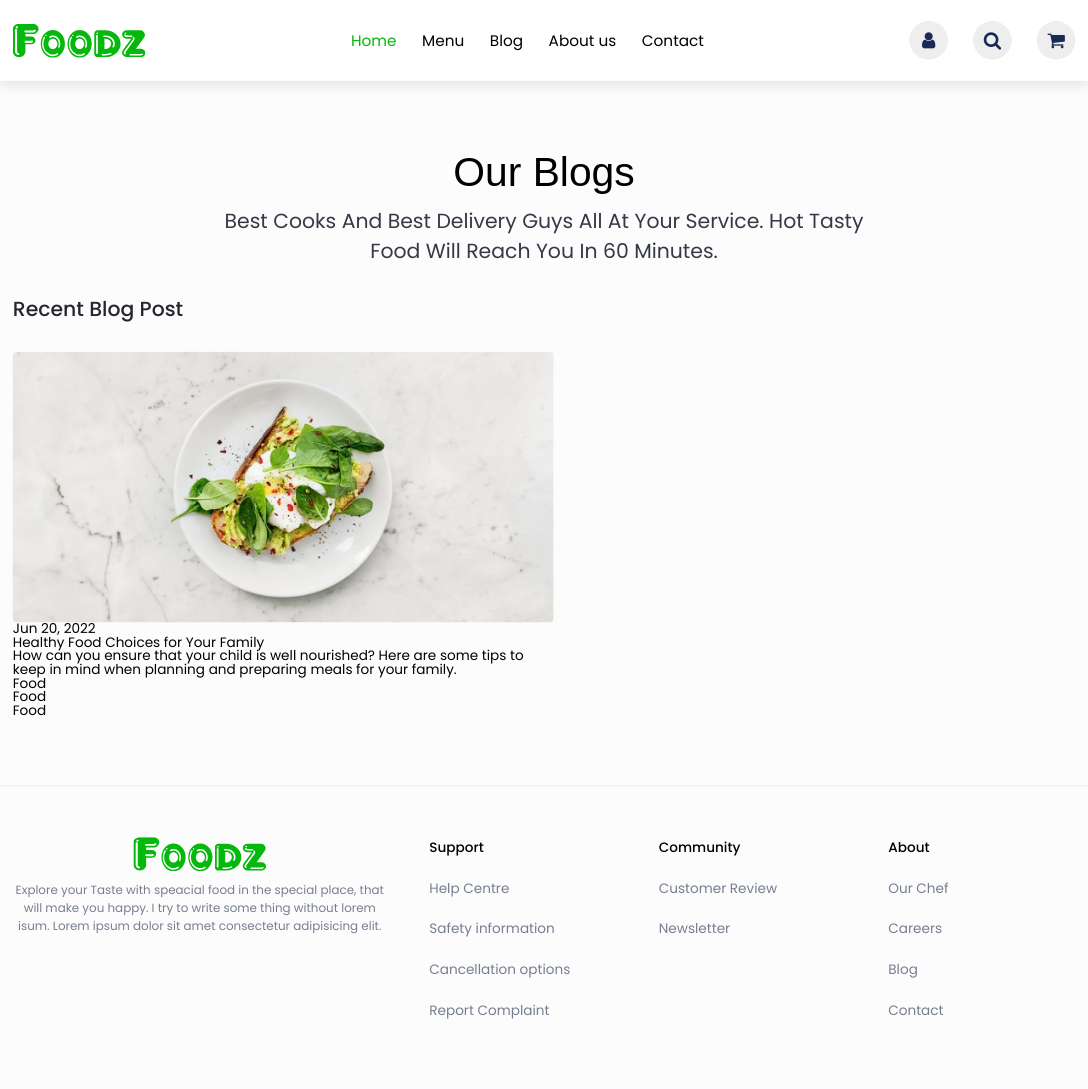
Repository: Toan3333/fooz
Page: assets/pages/blog.html
These files come from the project's save history. The page is drawn as it stood at one moment and after the next save; the edit follows.
The browser window is 1280 px wide. The pictures show the whole page, at 85% of full size.
Some web fonts or font styles are not loaded; a fallback is used.

Above is the page before, as saved 2023-06-01 13:28:45.

### assets/pages/blog.html
<!DOCTYPE html>
<html lang="en">
  <head>
    <meta charset="UTF-8" />
    <meta http-equiv="X-UA-Compatible" content="IE=edge" />
    <meta name="viewport" content="width=device-width, initial-scale=1.0" />
    <title>Blog</title>
    <link rel="stylesheet" href="/assets/css/style.css" />
    <link
      href="https://fonts.googleapis.com/css?family=Poppins:100,100italic,200,200italic,300,300italic,regular,italic,500,500italic,600,600italic,700,700italic,800,800italic,900,900italic"
      rel="stylesheet"
    />
    <link
      href="https://fonts.googleapis.com/css?family=Alice:regular"
      rel="stylesheet"
    />
    <link
      rel="stylesheet"
      href="https://cdnjs.cloudflare.com/ajax/libs/font-awesome/4.7.0/css/font-awesome.min.css"
    />
  </head>
  <body>
    <div class="app">
      <!-- header -->
      <header class="header">
        <div class="container">
          <div class="header-main">
            <div class="header-logo">
              <img src="/assets/images/Logo.svg" alt="" />
            </div>
            <div class="header-menu">
              <ul class="header-nav">
                <li class="header-list">
                  <a href="/index.html" class="header-link active">Home</a>
                </li>
                <li class="header-list">
                  <a href="#" class="header-link">Menu</a>
                </li>
                <li class="header-list">
                  <a href="#" class="header-link">Blog</a>
                </li>
                <li class="header-list">
                  <a href="#" class="header-link">About us</a>
                </li>
                <li class="header-list">
                  <a href="/assets/pages/contact.html" class="header-link"
                    >Contact</a
                  >
                </li>
              </ul>
            </div>
            <div class="header-auth">
              <div class="header-icon">
                <a href="#">
                  <i class="fa fa-user" aria-hidden="true"></i>
                </a>
                <a href="#">
                  <i class="fa fa-search" aria-hidden="true"></i>
                </a>
                <a href="#">
                  <i class="fa fa-shopping-cart" aria-hidden="true"></i>
                </a>
              </div>
            </div>
          </div>
        </div>
      </header>
      <!-- header end -->
      <section class="our-blog">
        <div class="container">
          <div class="text-center__primary special-center menu-center">
            Our blogs
            <p class="text-bottom">
              Best cooks and best delivery guys all at your service. Hot tasty
              food will reach you in 60 minutes.
            </p>
          </div>
          <div class="our-blog__heading">Recent Blog Post</div>
          <div class="our-blog__main">
            <div class="our-blog__post">
              <div class="our-blog__image">
                <img src="/assets/images/blog-4.png" alt="" />
              </div>
              <div class="our-blog__content">
                <div class="our-blog__date">Jun 20, 2022</div>
                <div class="our-blog__title">
                  Healthy Food Choices for Your Family
                </div>
                <div class="our-blog__text">
                  How can you ensure that your child is well nourished? Here are
                  some tips to keep in mind when planning and preparing meals
                  for your family.
                </div>
                <ul class="our-blog__tag">
                  <li class="our-blog__item">Food</li>
                  <li class="our-blog__item">Food</li>
                  <li class="our-blog__item">Food</li>
                </ul>
              </div>
            </div>
            <div class="our-blog__post-2"></div>
          </div>
        </div>
      </section>

      <footer class="footer">
        <div class="container">
          <div class="footer-list">
            <div class="footer-column">
              <div class="footer-center">
                <div class="footer-logo">
                  <img src="/assets/images/Logo.svg" alt="" />
                </div>
                <p class="footer-desc">
                  Explore your Taste with speacial food in the special place,
                  that will make you happy. I try to write some thing without
                  lorem isum. Lorem ipsum dolor sit amet consectetur adipisicing
                  elit.
                </p>
              </div>
            </div>
            <div class="footer-column">
              <h3 class="footer-title">Support</h3>
              <ul class="footer-menu">
                <li class="footer-item"><a href="#">Help Centre</a></li>
                <li class="footer-item"><a href="#">Safety information</a></li>
                <li class="footer-item">
                  <a href="#">Cancellation options</a>
                </li>
                <li class="footer-item"><a href="#">Report Complaint</a></li>
              </ul>
            </div>
            <div class="footer-column">
              <h3 class="footer-title">Community</h3>
              <ul class="footer-menu">
                <li class="footer-item"><a href="#">Customer Review</a></li>
                <li class="footer-item"><a href="#">Newsletter</a></li>
              </ul>
            </div>
            <div class="footer-column">
              <h3 class="footer-title">About</h3>
              <ul class="footer-menu">
                <li class="footer-item"><a href="#">Our Chef</a></li>
                <li class="footer-item"><a href="#">Careers</a></li>
                <li class="footer-item">
                  <a href="#">Blog</a>
                </li>
                <li class="footer-item"><a href="#">Contact</a></li>
              </ul>
            </div>
          </div>
        </div>
      </footer>
      <!-- loader -->
      <!-- <div class="loader-container">
        <img src="./assets/images/loader.gif" alt="" />
      </div> -->
      <!-- loader end -->
    </div>
  </body>
</html>

### assets/css/style.css
*,
*:before,
*:after {
  box-sizing: border-box;
  text-decoration: none;
  list-style: none;
}
:root {
  --font-primary: "Poppins", sans-serif;
  --font-secondary: "Alice", sans-serif;
  --primary-color: #04b90b;
  --black: #000000;
  --gray: #777e90;
  --black-2: #23262f;
  --bg-primary: #fcfcfd;
  --gray-2: #f4f5f6;
  --gray-3: #353945;
  --btn-color: #192a56;
}
* {
  margin: 0;
  padding: 0;
  font: inherit;
}
img,
picture,
svg,
video {
  display: block;
  max-width: 100%;
}
input,
select,
textarea {
  background-color: transparent;
  outline: none;
}
button {
  cursor: pointer;
  background-color: transparent;
  outline: none;
  border: 0;
}
body {
  min-height: 100vh;
  font-weight: 400;
  font-size: 16px;
  line-height: 1;
  font-family: var(--font-primary);
  background-color: var(--bg-primary);
  color: var(--black);
}
.container {
  max-width: 1330px;
  width: 100%;
  margin: 0 auto;
  padding: 0 15px;
}
/* HEADER */
.header {
  position: sticky;
  top: 0;
  left: 0;
  right: 0;
  z-index: 1000;
  padding: 25px 0;
  background-color: #fff;
  box-shadow: 0 5px 15px rgba(0, 0, 0, 0.1);
}
.header-main {
  display: flex;
  justify-content: space-between;
  align-items: center;
}
.header-logo {
  cursor: pointer;
}
.header-nav {
  display: flex;
  align-items: center;
  gap: 30px;
}
.header-link {
  font-size: 18px;
  line-height: 30px;
  font-weight: 400;
  color: var(--black);
}
.header-link:hover {
  color: var(--primary-color);
  transition: all 0.2s linear;
}
.header-link.active {
  color: var(--primary-color);
}
.header-icon {
  display: flex;
  align-items: center;
  gap: 30px;
  font-size: 22px;
}
.header-icon a,
.header-icon i {
  width: 45px;
  height: 45px;
  line-height: 45px;
  border-radius: 100rem;
  text-align: center;
  color: var(--btn-color);
  background-color: #eee;
  transition: 0.2s linear;
}
.header-icon a:hover,
.header-icon i:hover {
  color: #fff;
  background-color: var(--primary-color);
  transform: rotate(180deg);
}

/* HEADER END */

/* HERO */
.hero {
  padding: 60px 0;
}
.hero-main {
  display: flex;
  justify-content: space-between;
  gap: 40px;
}
.hero-content {
  max-width: 677px;
  width: 100%;
}
.hero-title {
  font-size: 65px;
  font-weight: 400;
  font-family: var(--font-secondary);
  line-height: 70px;
  letter-spacing: -0.5%;
  margin-bottom: 30px;
}
.hero-desc {
  font-size: 24px;
  font-weight: 400;
  line-height: 36px;
  color: var(--gray);
  margin-bottom: 25px;
}
.hero-cta {
  margin-bottom: 105px;
}
.hero-btn {
  display: flex;
  align-items: center;
  gap: 24px;
}
.hero-btn span {
  font-size: 16px;
  line-height: 24px;
  font-weight: 400;
  color: var(--primary-color);
}
.button-primary {
  background-color: var(--btn-color);
  border-radius: 8px;
  padding: 10px 20px;
  font-size: 16px;
  line-height: 24px;
  font-weight: 500;
  color: var(--bg-primary);
  transition: all 0.2s linear;
}
.button-primary:hover {
  background-color: var(--primary-color);
  letter-spacing: 1px;
}
.hero-info {
  max-width: 576px;
  width: 100%;
  background-color: var(--gray-2);
  border-radius: 16px;
  padding: 28px 56px 28px 56px;
}
.hero-list {
  display: flex;
  align-items: center;
  justify-content: space-between;
}
.hero-item {
  text-align: center;
}
.hero-number {
  font-size: 32px;
  line-height: 48px;
  font-weight: 600;
  color: var(--gray);
}
.hero-text {
  font-size: 20px;
  line-height: 30px;
  color: var(--gray);
  font-weight: 400;
}
.hero-image {
  width: 100%;
}
.hero-image img {
  width: 100%;
}
/* HERO END*/

/* SERVICE */
.service {
  padding: 80px 0;
}
.text-center__primary {
  max-width: 440px;
  margin: 0 auto;
  text-align: center;
  font-size: 48px;
  font-weight: 400;
  line-height: 55px;
  font-family: var(--font-secondary);
  text-transform: capitalize;
}
.text-primary {
  color: var(--primary-color);
}
.service-list {
  margin-top: 80px;
  display: grid;
  grid-template-columns: repeat(3, 1fr);
  grid-gap: 70px;
}
.service-item {
  display: flex;
  align-items: center;
  justify-content: center;
  flex-direction: column;
  padding: 40px 36px;
  text-align: center;
  cursor: pointer;
}
.service-item:hover {
  background: #ffffff;
  box-shadow: 0px 10px 27px rgba(53, 53, 53, 0.05);
  transition: 0.2s linear;
}
.service-icon {
  margin-bottom: 24px;
}
.service-icon a {
  width: 120px;
  height: 120px;
  border-radius: 100rem;
  background: #ffffff;
  box-shadow: 5px 9px 16px rgba(0, 0, 0, 0.04);
  display: inline-flex;
  align-items: center;
  justify-content: center;
}
.service-title {
  font-size: 28px;
  line-height: 42px;
  font-weight: 400;
  color: var(--black-2);
  margin-bottom: 6px;
}
.service-desc {
  font-size: 16px;
  line-height: 24px;
  font-weight: 400;
  color: var(--gray-3);
}
/* SERVICE END*/

/* ABOUT */
.about {
  padding: 80px 0;
}
.about-heading {
  text-align: center;
}
.about-main {
  display: flex;
  justify-content: space-between;
  align-items: center;
  gap: 130px;
  margin-top: 80px;
}
.about-center {
  max-width: 475px;
}
.about-image {
  max-width: 500px;
  width: 100%;
}
.about-image img {
  width: 100%;
}
.about-content {
  width: 100%;
}
.about-info {
  display: flex;
  align-items: center;
  gap: 94px;
  font-family: var(--font-secondary);
  margin-bottom: 12px;
}
.about-name {
  font-size: 24px;
  color: var(--primary-color);
  font-weight: 400;
  line-height: 28px;
}
.about-view {
  display: flex;
  align-items: center;
  gap: 12px;
  font-size: 14px;
  font-weight: 500;
  line-height: 20px;
  color: var(--primary-color);
}
.about-desc {
  font-size: 18px;
  line-height: 27px;
  font-weight: 400;
  color: var(--gray-3);
}
/* ABOUT END*/

/* SPECIAL */
.special {
  padding: 80px 0;
}
.special-center {
  max-width: 770px;
  margin: 0 auto;
  width: 100%;
}
.text-bottom {
  margin-top: 12px;
  font-size: 24px;
  line-height: 36px;
  color: var(--gray-3);
  font-weight: 400;
  font-family: var(--font-primary);
}
.special-list {
  margin-top: 80px;
  display: grid;
  grid-template-columns: repeat(3, 1fr);
  grid-gap: 30px;
}
.special-item {
  background-color: #ffffff;
  box-shadow: 0px 10px 27px rgba(53, 53, 53, 0.05);
  border-radius: 15px;
  padding: 24px 28px;
}
.special-image {
  position: relative;
  width: 100%;
  margin-bottom: 24px;
  cursor: pointer;
  text-align: center;
  overflow: hidden;
}
.special-image .fa-heart,
.special-image .fa-eye {
  position: absolute;
  top: 15px;
  height: 50px;
  width: 50px;
  line-height: 50px;
  background-color: #eee;
  font-size: 20px;
  border-radius: 50%;
  transition: all 0.2s linear;
}
.special-image .fa-heart:hover,
.special-image .fa-eye:hover {
  background-color: var(--primary-color);
  color: #fff;
}
.special-image .fa-heart {
  right: -150px;
}
.special-image .fa-eye {
  left: -150px;
}
.special-image:hover .fa-heart {
  right: 15px;
}
.special-image:hover .fa-eye {
  left: 15px;
}

.special-image img {
  width: 100%;
}
.special-title {
  font-size: 32px;
  line-height: 37px;
  font-weight: 400;
  color: var(--black-2);
  margin-bottom: 12px;
  font-family: var(--font-secondary);
  cursor: pointer;
}
.special-title:hover {
  color: var(--primary-color);
  transition: 0.2s linear;
}
.special-rating {
  display: flex;
  align-items: center;
  gap: 12px;
  margin-bottom: 12px;
}
.special-icon i {
  color: var(--primary-color);
}
.special-views {
  font-size: 16px;
  line-height: 24px;
  font-weight: 400;
  color: var(--gray-3);
}
.special-bottom {
  display: flex;
  align-items: center;
  justify-content: space-between;
}
.special-price {
  font-size: 40px;
  line-height: 40px;
  font-weight: 400;
  color: var(--primary-color);
  font-family: var(--font-secondary);
  text-transform: capitalize;
}
.special-arrows {
  margin-top: 48px;
  display: inline-block;
  position: relative;
  left: 50%;
  transform: translateX(-50%);
  cursor: pointer;
}
.special-main {
  display: flex;
  align-items: center;
  gap: 8px;
}
.special-btn-arrow i {
  width: 40px;
  height: 40px;
  border-radius: 100rem;
  display: inline-flex;
  border: 2px solid #e6e8ec;
  border-radius: 40px;
  align-items: center;
  justify-content: center;
  transition: 0.2s ease-in-out;
}
.special-btn-arrow i:hover {
  color: white;
  background-color: var(--primary-color);
}
/* SPECIAL END*/
/* form */
.form-main {
  margin-top: 80px;
  display: flex;
  justify-content: space-between;
  align-items: center;
  gap: 105px;
}
.form-content {
  max-width: 544px;
  width: 100%;
}
.form-title {
  font-size: 24px;
  font-weight: 400;
  line-height: 36px;
  color: var(--black-2);
  margin-bottom: 4px;
}
.form-text {
  font-size: 16px;
  line-height: 24px;
  font-weight: 400;
  margin-bottom: 24px;
}
.form-list {
  display: flex;
  align-items: center;
  justify-content: space-between;
  margin-bottom: 8px;
  font-size: 16px;
  line-height: 24px;
  font-weight: 400;
}
.form-list span {
  color: var(--primary-color);
}
.form-meal__select {
  width: 100%;
}
.form-meal__select select {
  width: 100%;
  padding: 10px 20px 10px 20px;
  border-radius: 12px;
  color: var(--gray);
}
.form-meal__add {
  color: var(--primary-color);
  display: flex;
  align-items: center;
  gap: 4px;
  font-size: 14px;
  line-height: 21px;
  margin-top: 8px;
}
.form-container {
  display: flex;
  justify-content: space-between;
  align-items: center;
}
.form-field {
  font-size: 16px;
  font-weight: 400;
  line-height: 24px;
  margin-top: 16px;
}
.form-field__title {
  font-size: 16px;
  line-height: 24px;
  font-weight: 400;
  color: var(--gray-3);
}
.form-item {
  max-width: 256px;
  width: 100%;
  position: relative;
}
.form-item.form-items {
  max-width: 544px;
  width: 100%;
}
.form-input__cash {
  width: 100%;
}
.form-item__icon {
  position: absolute;
  top: 23px;
  right: 20px;
}
.form-field input {
  width: 100%;
  padding: 10px 20px 10px 20px;
  border-radius: 12px;
  border: 1px solid var(--gray);
  margin-top: 8px;
}
.form-field input::placeholder {
  font-size: 16px;
  font-weight: 400;
  color: var(--gray);
}
.form-field.form-item {
  max-width: 256px;
  width: 100%;
}
.form-field textarea {
  width: 100%;
  padding: 10px 20px;
  border: 1px solid var(--gray);
  border-radius: 12px;
  color: var(--gray);
  font-weight: 400;
}
.form-price {
  font-size: 16px;
  line-height: 24px;
  font-weight: 400;
  color: var(--gray);
  display: flex;
  align-items: center;
  gap: 6px;
  margin-bottom: 32px;
}
.form-price span {
  font-size: 24px;
  line-height: 27px;
  font-family: var(--font-secondary);
  font-weight: 400;
  color: var(--primary-color);
}
.form-image {
  width: 100%;
}
.form-image img {
  width: 100%;
}
.loader-container {
  position: fixed;
  top: 0;
  left: 0;
  z-index: 10000;
  display: flex;
  justify-content: center;
  align-items: center;
  height: 100%;
  width: 100%;
  background-color: #fff;
}
.loader-container.fade-out {
  top: -120%;
}
.blog {
  padding: 80px 0px;
}
.blog-list {
  margin-top: 80px;
  display: grid;
  grid-template-columns: repeat(3, 1fr);
  grid-gap: 30px;
}
.blog-image {
  transition: 0.2s linear;
  width: 100%;
  overflow: hidden;
  cursor: pointer;
}

.blog-image img {
  width: 100%;
  transition: all 0.3s ease-in-out;
}
.blog-image:hover img {
  transform: scale(1.1);
}
.blog-content {
  padding: 15px 20px;
  border: 1px solid #e5e5e5;
  background-color: #ffffff;
}
.blog-title {
  font-size: 20px;
  line-height: 32px;
  margin-bottom: 8px;
  cursor: pointer;
  transition: 0.2s linear;
}
.blog-title:hover {
  color: var(--primary-color);
}
.blog-desc {
  font-size: 16px;
  line-height: 24px;
  font-weight: 400;
  color: var(--gray);
  margin-bottom: 12px;
}
.menu {
  padding: 80px 0;
}
.menu-center {
  margin-bottom: 32px;
}
.tab {
  max-width: 672px;
  width: 100%;
  margin: 0 auto;
  background-color: white;
  padding: 8px;
  box-shadow: 0px 3px 9px rgba(1, 5, 20, 0.05);
  border-radius: 8px;
  display: grid;
  grid-template-columns: repeat(3, 1fr);
  grid-gap: 36px;
}
.tab-item {
  display: flex;
  align-items: center;
  padding: 12px;
  cursor: pointer;
  transition: all 0.2s linear;
  gap: 8px;
}
.tab-item img {
  width: 33px;
  height: 33px;
}
.tab-item.active {
  background-color: var(--primary-color);
  color: white;
  border-radius: 8px;
}
.tab-item:hover {
  background-color: var(--primary-color);
  border-radius: 8px;
  color: white;
}
.contact {
  padding: 80px 0;
}
.contact-main {
  display: flex;
  justify-content: space-between;
  align-items: center;
  gap: 135px;
}
.contact-content {
  max-width: 524px;
  width: 100%;
}
.contact-title {
  font-size: 48px;
  font-weight: 400;
  line-height: 55px;
  text-transform: capitalize;
  color: var(--black-2);
  font-family: var(--font-secondary);
  margin-bottom: 12px;
}
.contact-text {
  font-size: 22px;
  font-weight: 400;
  line-height: 32px;
  color: var(--gray);
}
.contact-text span {
  color: var(--primary-color);
}
.contact-btn {
  margin-top: 20px;
  width: 100%;
}
.contact-button {
  width: 100%;
}
.contact-map {
  width: 100%;
}
.our-blog {
  padding: 80px 0;
}
.our-blog__heading {
  font-size: 24px;
  line-height: 36px;
  color: var(--black-2);
  font-weight: 500;
  text-transform: capitalize;
  margin-bottom: 32px;
}
.our-blog__main {
  display: flex;
  justify-content: space-between;
  align-items: center;
}
.our-blog__post {
  max-width: 636px;
  width: 100%;
}
.our-blog__image {
  width: 100%;
}
.our-blog__image img {
  width: 100%;
}
.footer {
  padding-bottom: 80px;
  border-top: 1px solid #e6e8ec;
  padding-top: 60px;
}
.footer-list {
  display: grid;
  grid-template-columns: 2fr 1fr 1fr 1fr;
  grid-gap: 50px;
}
.footer-center {
  display: flex;
  align-items: center;
  flex-direction: column;
  text-align: center;
}
.footer-logo {
  margin-bottom: 12px;
}
.footer-desc {
  font-size: 14px;
  line-height: 21px;
  color: var(--gray);
  font-weight: 400;
}
.footer-title {
  font-size: 16px;
  line-height: 24px;
  font-weight: 500;
  color: var(--black);
  margin-bottom: 24px;
}
.footer-menu {
  display: flex;
  gap: 24px;
  flex-direction: column;
}
.footer-item a {
  font-size: 16px;
  font-weight: 400;
  line-height: 24px;
  color: var(--gray);
  transition: 0.2s linear;
}
.footer-item a:hover {
  color: var(--primary-color);
}

After the next save:
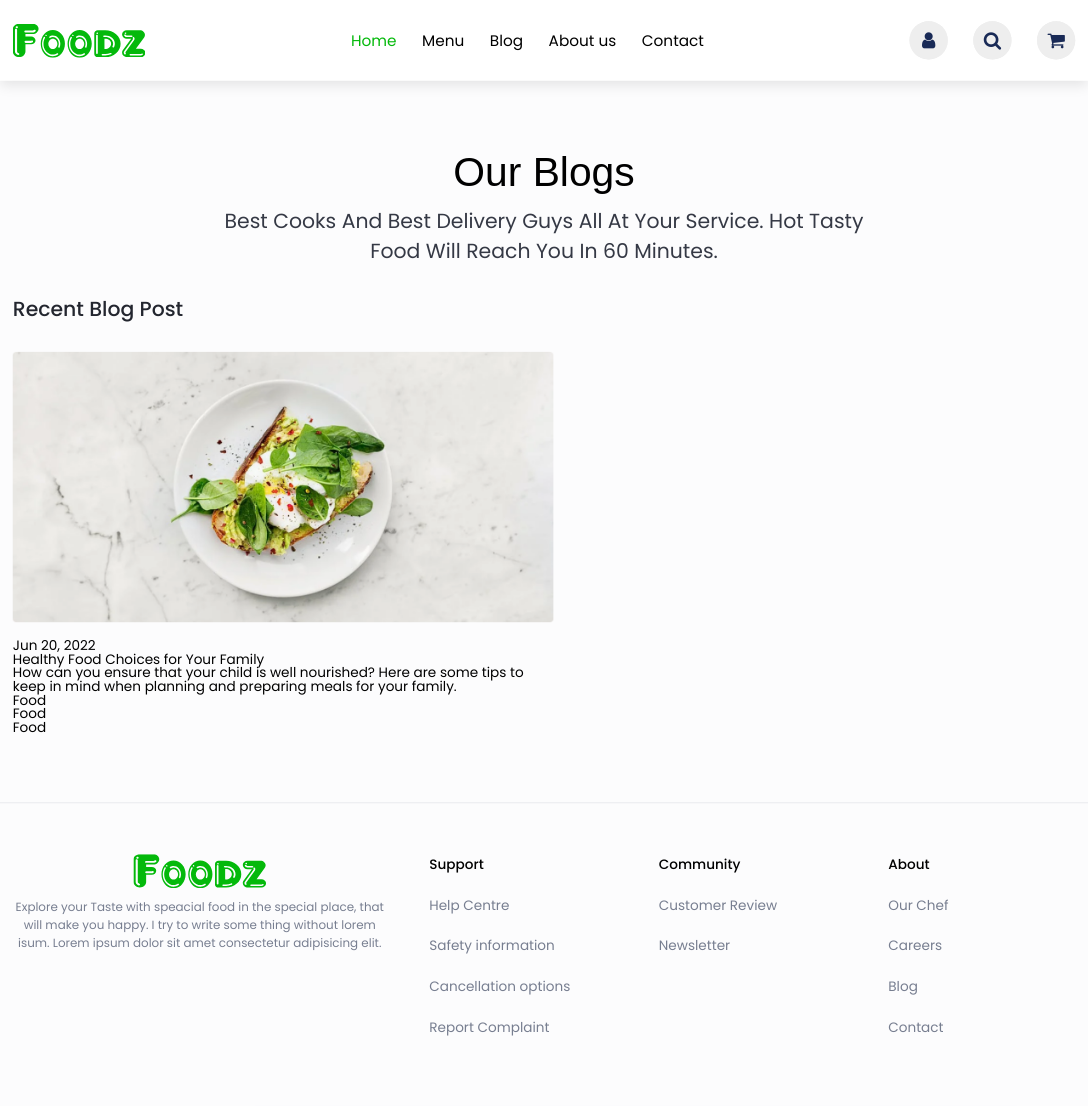
Saved 18 s later.
--- a/assets/css/style.css
+++ b/assets/css/style.css
@@ -775,6 +775,9 @@ body {
 .our-blog__image img {
   width: 100%;
 }
+.our-blog__content {
+  margin-top: 20px;
+}
 .footer {
   padding-bottom: 80px;
   border-top: 1px solid #e6e8ec;
